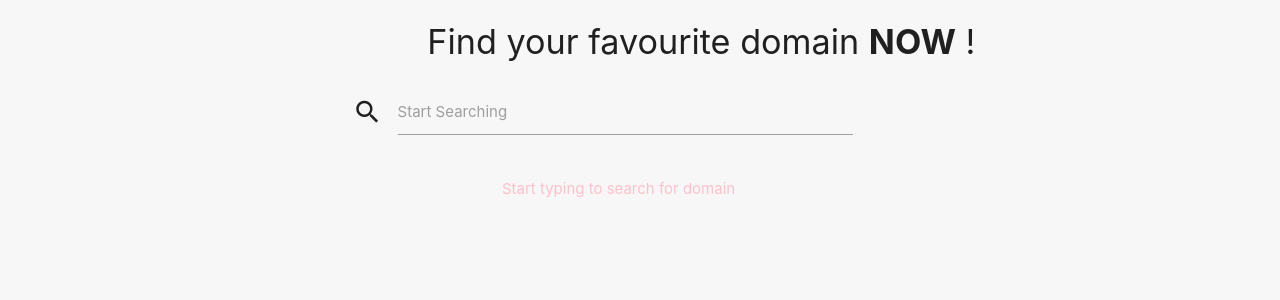
Repository: habib-urrehmaan/domain-name-searcher
Page: / (app in client/)
These files come from the project's save history. The page is drawn as it stood at one moment and after the next save; the edit follows.
The browser window is 1280 px wide. The pictures show the whole page.
The project was rebuilt for these pictures with package versions that can differ from the ones it lists, and the page was loaded fresh each time. Also part of the build but not shown: client/src/Suggested.js.

Above is the page before, as saved 2020-04-17 22:02:59.

After the next save:
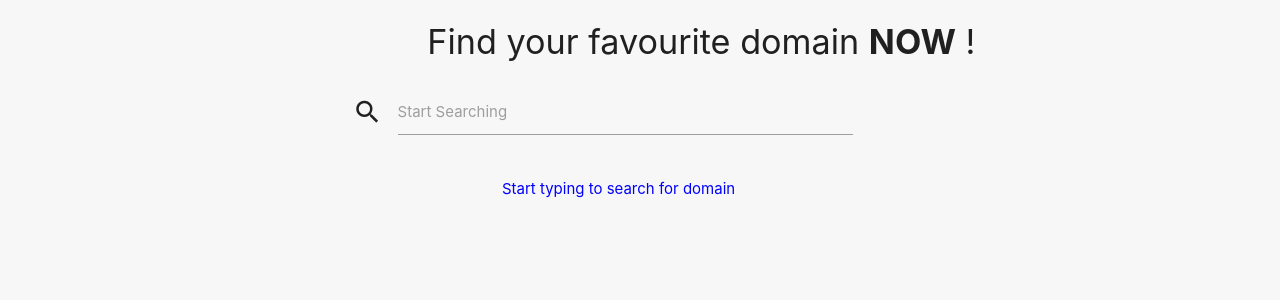
Saved 14 s later.
--- a/client/src/Output.css
+++ b/client/src/Output.css
@@ -8,5 +8,5 @@
 
 .info
 {
-    color:pink
+    color:blue
 }
